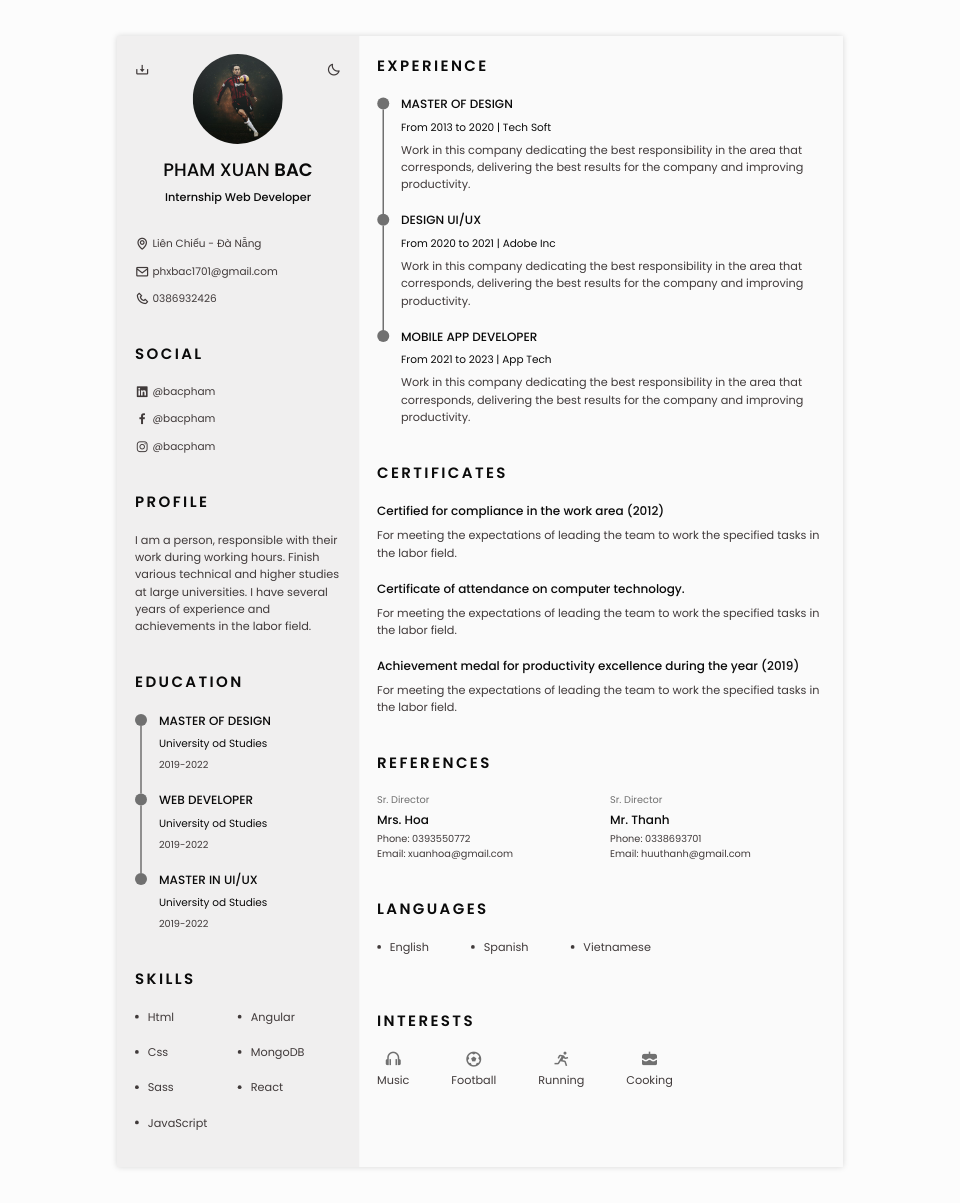
Repository: northpx/myCV
Page: index.html
An editor plug-in stored every save of this project. The page is shown before and after the next save, followed by the edit.
The browser window is 1280 px wide. The pictures show the whole page, at 75% of full size.

Above is the page before, as saved 2023-02-23 16:08:52.
Console error: TypeError: Cannot read properties of null (reading 'classList')

After the next save:
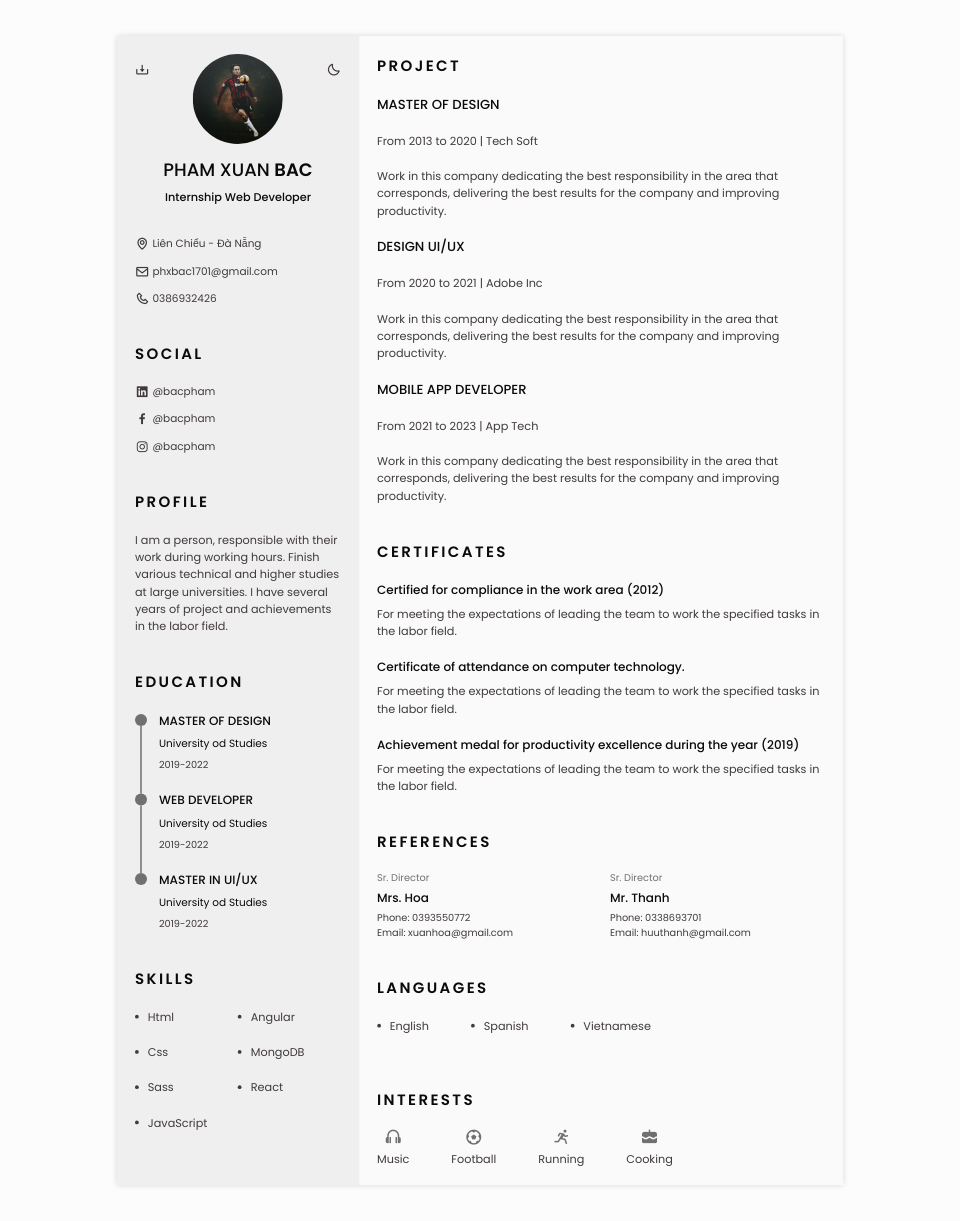
The error is gone.
Saved 8 s later.
--- a/index.html
+++ b/index.html
@@ -105,7 +105,7 @@
                 <section class="profile section" id="profile">
                     <h2 class="section-title">Profile</h2>
                     <p class="profile__description">
-                        I am a person, responsible with their work during working hours. Finish various technical and higher studies at large universities. I have several years of experience and achievements in the labor field.
+                        I am a person, responsible with their work during working hours. Finish various technical and higher studies at large universities. I have several years of project and achievements in the labor field.
                     </p>
                 </section>
 
@@ -184,39 +184,39 @@
             </div>
 
             <div class="resume__right">
-                <section class="experience section" id="experience">
-                    <h2 class="section-title">Experience</h2>
-                    <div class="experience__container bd-grid">
-                        <div class="experience__content">
-                            <div class="experience__time">
-                                <span class="experience__rounder"></span>
-                                <span class="experience__line"></span>
-                            </div>
-                            <div class="experience__data bd-grid">
-                                <h3 class="experience__title">MASTER OF DESIGN</h3>
-                                <span class="experience__company">From 2013 to 2020 | Tech Soft</span>
-                                <p class="experience__description">Work in this company dedicating the best responsibility in the area that corresponds, delivering the best results for the company and improving productivity.</p>
-                            </div>
-                        </div>
-                        <div class="experience__content">
-                            <div class="experience__time">
-                                <span class="experience__rounder"></span>
-                                <span class="experience__line"></span>
-                            </div>
-                            <div class="experience__data bd-grid">
-                                <h3 class="experience__title">DESIGN UI/UX</h3>
-                                <span class="experience__company">From 2020 to 2021 | Adobe Inc</span>
-                                <p class="experience__description">Work in this company dedicating the best responsibility in the area that corresponds, delivering the best results for the company and improving productivity.</p>
-                            </div>
-                        </div>
-                        <div class="experience__content">
-                            <div class="experience__time">
-                                <span class="experience__rounder"></span>
-                            </div>
-                            <div class="experience__data bd-grid">
-                                <h3 class="experience__title">MOBILE APP DEVELOPER</h3>
-                                <span class="experience__company">From 2021 to 2023 | App Tech</span>
-                                <p class="experience__description">Work in this company dedicating the best responsibility in the area that corresponds, delivering the best results for the company and improving productivity.</p>
+                <section class="project section" id="project">
+                    <h2 class="section-title">project</h2>
+                    <div class="project__container bd-grid">
+                        <div class="project__content">
+                            <div class="project__time">
+                                <span class="project__rounder"></span>
+                                <span class="project__line"></span>
+                            </div>
+                            <div class="project__data bd-grid">
+                                <h3 class="project__title">MASTER OF DESIGN</h3>
+                                <span class="project__company">From 2013 to 2020 | Tech Soft</span>
+                                <p class="project__description">Work in this company dedicating the best responsibility in the area that corresponds, delivering the best results for the company and improving productivity.</p>
+                            </div>
+                        </div>
+                        <div class="project__content">
+                            <div class="project__time">
+                                <span class="project__rounder"></span>
+                                <span class="project__line"></span>
+                            </div>
+                            <div class="project__data bd-grid">
+                                <h3 class="project__title">DESIGN UI/UX</h3>
+                                <span class="project__company">From 2020 to 2021 | Adobe Inc</span>
+                                <p class="project__description">Work in this company dedicating the best responsibility in the area that corresponds, delivering the best results for the company and improving productivity.</p>
+                            </div>
+                        </div>
+                        <div class="project__content">
+                            <div class="project__time">
+                                <span class="project__rounder"></span>
+                            </div>
+                            <div class="project__data bd-grid">
+                                <h3 class="project__title">MOBILE APP DEVELOPER</h3>
+                                <span class="project__company">From 2021 to 2023 | App Tech</span>
+                                <p class="project__description">Work in this company dedicating the best responsibility in the area that corresponds, delivering the best results for the company and improving productivity.</p>
                             </div>
                         </div>
                     </div>
